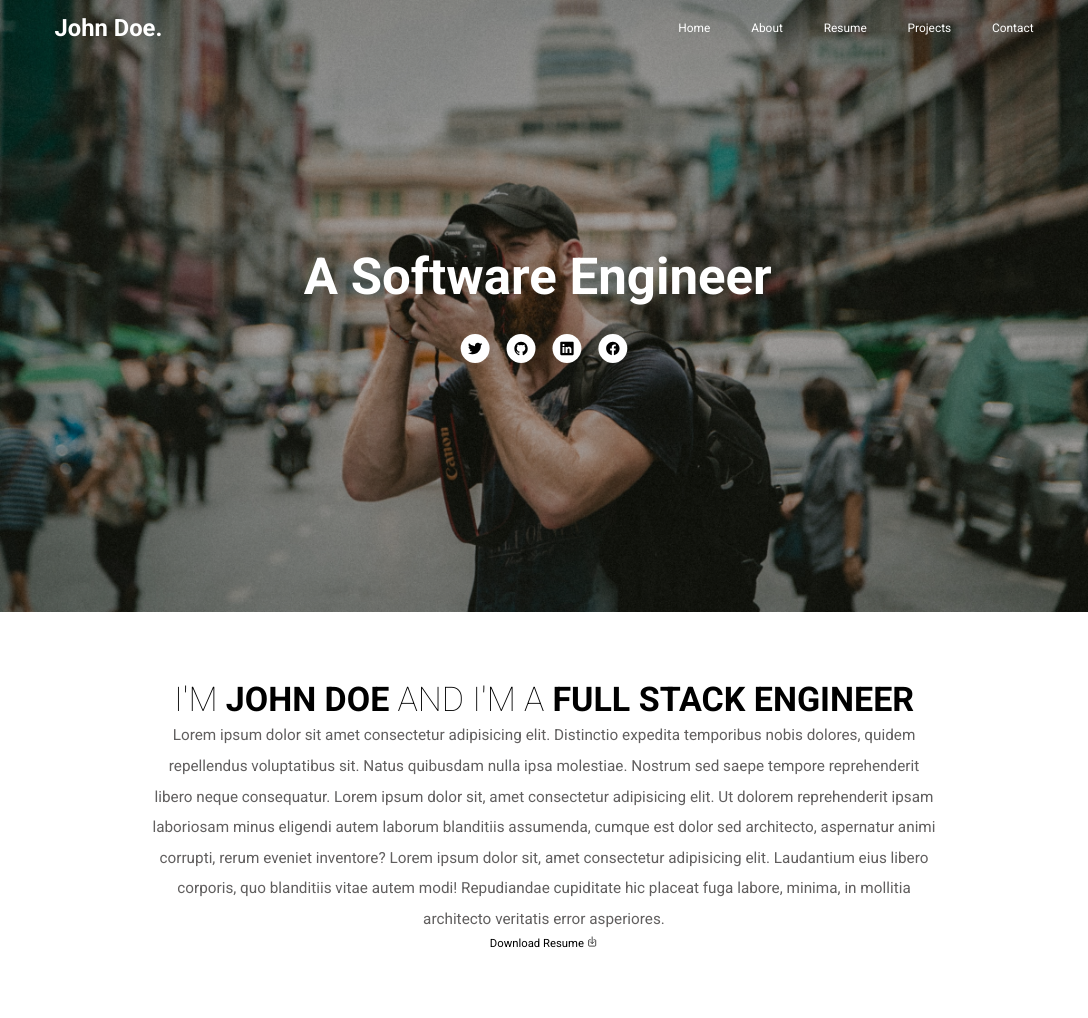
Repository: DevAntonioRogers/portfolio-tutorial
Page: index.html
An editor plug-in stored every save of this project. The page is shown before and after the next save, followed by the edit.
The browser window is 1280 px wide. The pictures show the whole page, at 85% of full size.
Backgrounds fixed to the window are drawn as part of the page.

Above is the page before, as saved 2023-10-31 23:28:02.

After the next save:
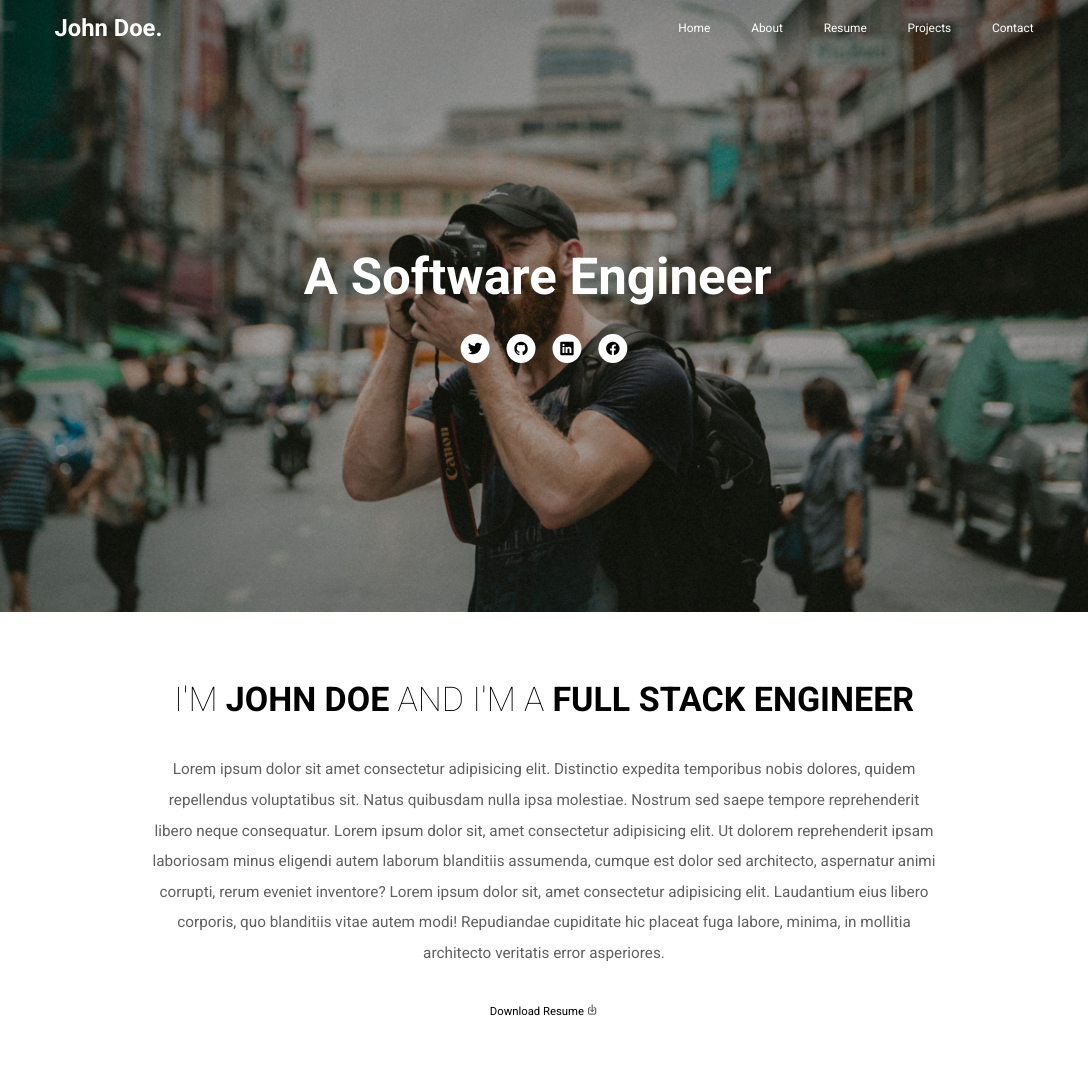
Saved 34 s later.
--- a/styles/about.css
+++ b/styles/about.css
@@ -3,6 +3,11 @@
   text-align: center;
 }
 
+.about-info {
+  display: flex;
+  gap: 20px;
+  margin: 40px 0;
+}
 .about h1 {
   font-weight: 100;
   font-size: 40px;
